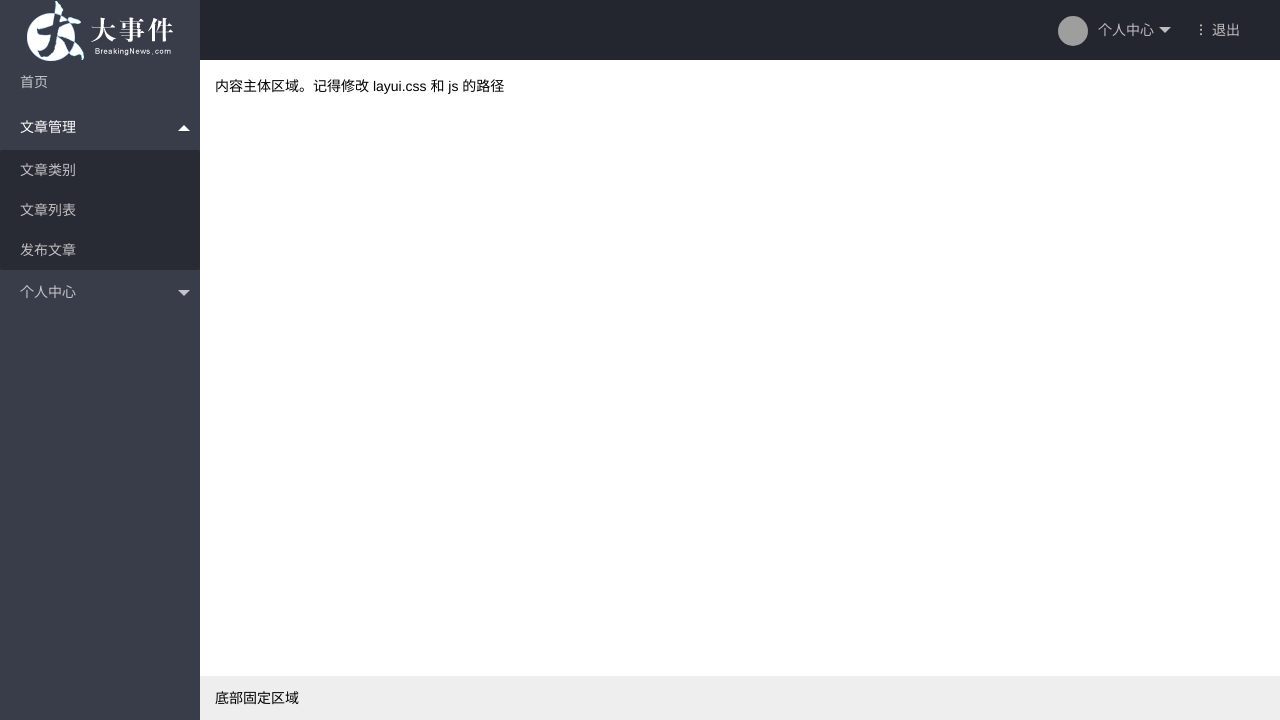
Repository: Janshen111/web_bigevent
Page: index.html
An editor plug-in stored every save of this project. The page is shown before and after the next save, followed by the edit.
The browser window is 1280 px wide. The pictures show the whole page.
Pictures or frames that could not be fetched are drawn as grey boxes.

Above is the page before, as saved 2022-08-31 15:29:25.

### index.html
<!DOCTYPE html>
<html lang="en">

<head>
    <meta charset="UTF-8">
    <meta http-equiv="X-UA-Compatible" content="IE=edge">
    <meta name="viewport" content="width=device-width, initial-scale=1.0">
    <title>Document</title>
    <!-- 导入laYui的样式 -->
    <link rel="stylesheet" href="./assets/lib/layui/css/layui.css">
    <script src=""></script>
</head>

<body>
    <div class="layui-layout layui-layout-admin">
        <div class="layui-header">
            <div class="layui-logo layui-hide-xs layui-bg-black">
                <img src="./assets/images/logo.png" alt="" />
            </div>
            <!-- 头部区域（可配合layui 已有的水平导航） -->
            <dl class="layui-nav-child">
                <dd><a href="">menu 11</a></dd>
                <dd><a href="">menu 22</a></dd>
                <dd><a href="">menu 33</a></dd>
            </dl>
            </li>
            </ul>
            <ul class="layui-nav layui-layout-right">
                <li class="layui-nav-item layui-hide layui-show-md-inline-block">
                    <a href="javascript:;">
                        <img src="//tva1.sinaimg.cn/crop.0.0.118.118.180/5db11ff4gw1e77d3nqrv8j203b03cweg.jpg" class="layui-nav-img">个人中心
                    </a>
                    <dl class="layui-nav-child">
                        <dd><a href="">基本资料</a></dd>
                        <dd><a href="">更换头像</a></dd>
                        <dd><a href="">重置密码</a></dd>
                    </dl>
                </li>
                <li class="layui-nav-item">
                    <a href="javascript:;">
                        <i class="layui-icon layui-icon-more-vertical"></i> 退出
                    </a>
                </li>
            </ul>
        </div>

        <div class="layui-side layui-bg-black">
            <div class="layui-side-scroll">
                <!-- 左侧导航区域（可配合layui已有的垂直导航） -->
                <ul class="layui-nav layui-nav-tree" lay-filter="test">
                    <li class="layui-nav-item"><a href="javascript:;">首页</a></li>
                    <li class="layui-nav-item layui-nav-itemed">
                        <a class="" href="javascript:;">文章管理</a>
                        <dl class="layui-nav-child">
                            <dd><a href="javascript:;">文章类别</a></dd>
                            <dd><a href="javascript:;">文章列表</a></dd>
                            <dd><a href="javascript:;">发布文章</a></dd>
                        </dl>
                    </li>
                    <li class="layui-nav-item">
                        <a href="javascript:;">个人中心</a>
                        <dl class="layui-nav-child">
                            <dd><a href="javascript:;">基本资料</a></dd>
                            <dd><a href="javascript:;">更换头像</a></dd>
                            <dd><a href="javascript:;">重置密码</a></dd>
                        </dl>
                    </li>
                </ul>
            </div>
        </div>

        <div class="layui-body">
            <!-- 内容主体区域 -->
            <div style="padding: 15px;">内容主体区域。记得修改 layui.css 和 js 的路径</div>
        </div>

        <div class="layui-footer">
            <!-- 底部固定区域 -->
            底部固定区域
        </div>
    </div>
    <!-- 导入laYui的JS文件 -->
    <script src="./assets/lib/layui/layui.all.js"></script>
</body>

</html>

Loaded but not shown: assets/lib/layui/css/layui.css (library); assets/lib/layui/layui.all.js (library); assets/lib/layui/css/modules/laydate/default/laydate.css (library); assets/lib/layui/css/modules/layer/default/layer.css (library); assets/lib/layui/css/modules/code.css (common file)

After the next save:
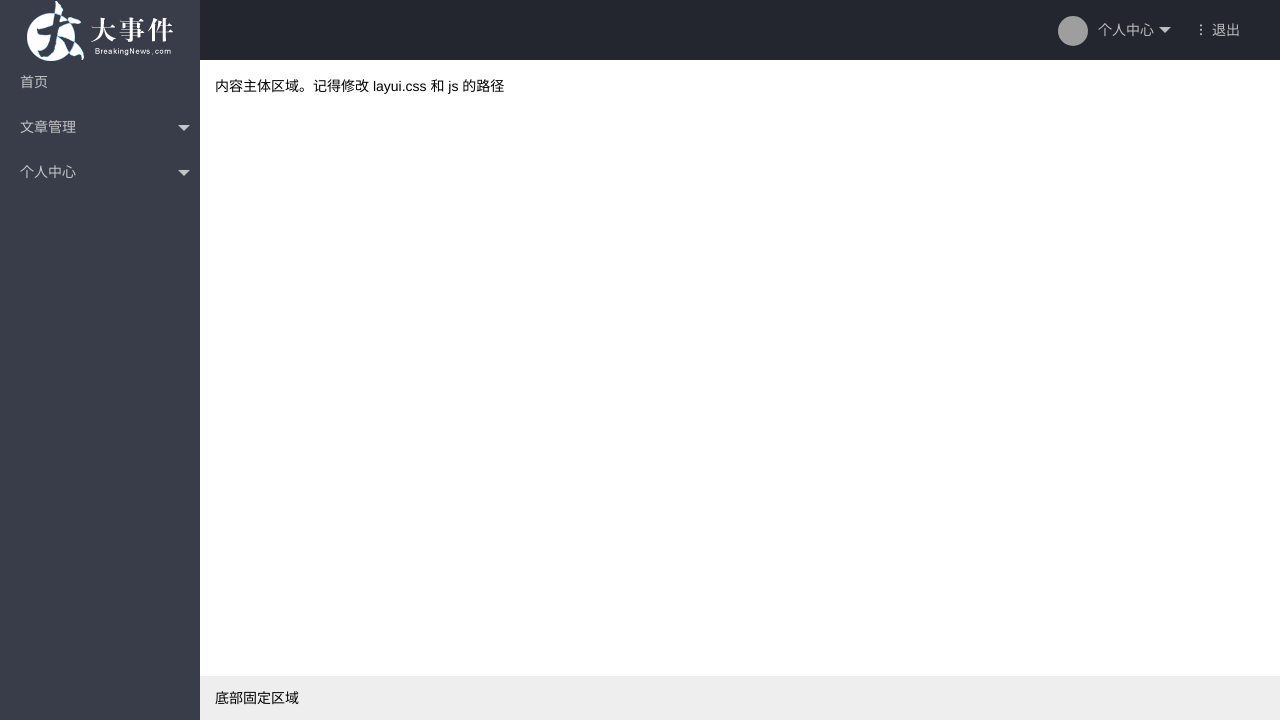
Saved 83 s later.
--- a/index.html
+++ b/index.html
@@ -49,7 +49,7 @@
                 <!-- 左侧导航区域（可配合layui已有的垂直导航） -->
                 <ul class="layui-nav layui-nav-tree" lay-filter="test">
                     <li class="layui-nav-item"><a href="javascript:;">首页</a></li>
-                    <li class="layui-nav-item layui-nav-itemed">
+                    <li class="layui-nav-item">
                         <a class="" href="javascript:;">文章管理</a>
                         <dl class="layui-nav-child">
                             <dd><a href="javascript:;">文章类别</a></dd>
